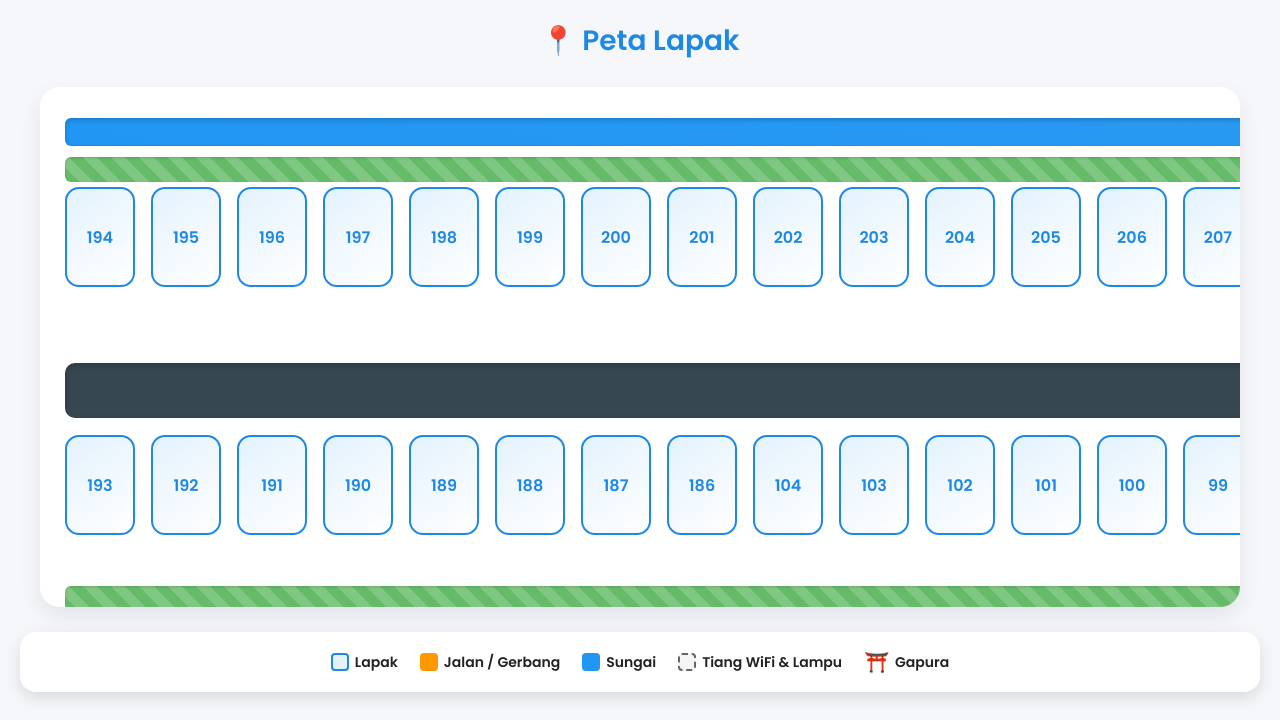
Repository: pasarrakyatbak/denah
Page: index.html
The author's editor kept a copy of each file at every save. The page is drawn from the files as they stood at one save, then again after the next save.
The browser window is 1280 px wide. The pictures show the whole page.
An inner scrolling area shows only its first screen.

Above is the page before, as saved 2025-09-19 19:06:49.

After the next save:
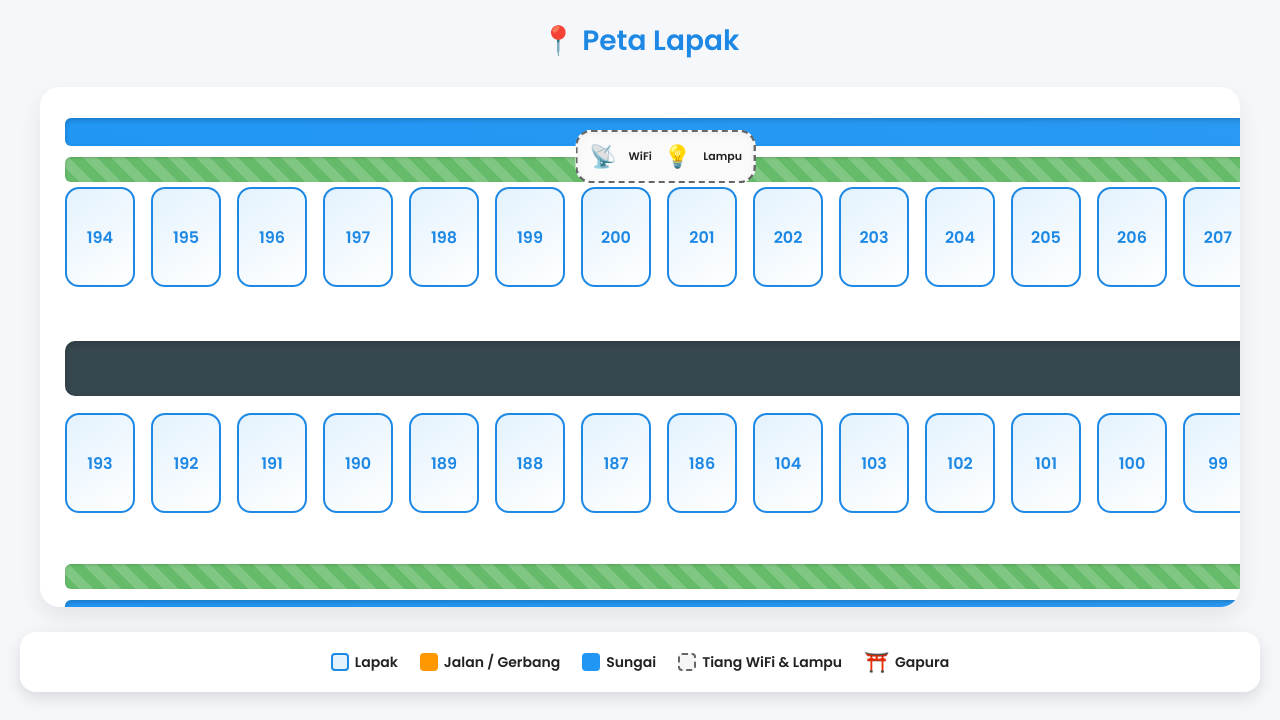
Saved 14 s later.
--- a/style.css
+++ b/style.css
@@ -154,7 +154,7 @@
 
 /* Tiang WiFi + Lampu */
 .tiang-container {
-    position: static;
+    position: absolute;
     top: 130px;
     left: 52%;
     transform: translateX(-50%);

After the 2 saves that followed:
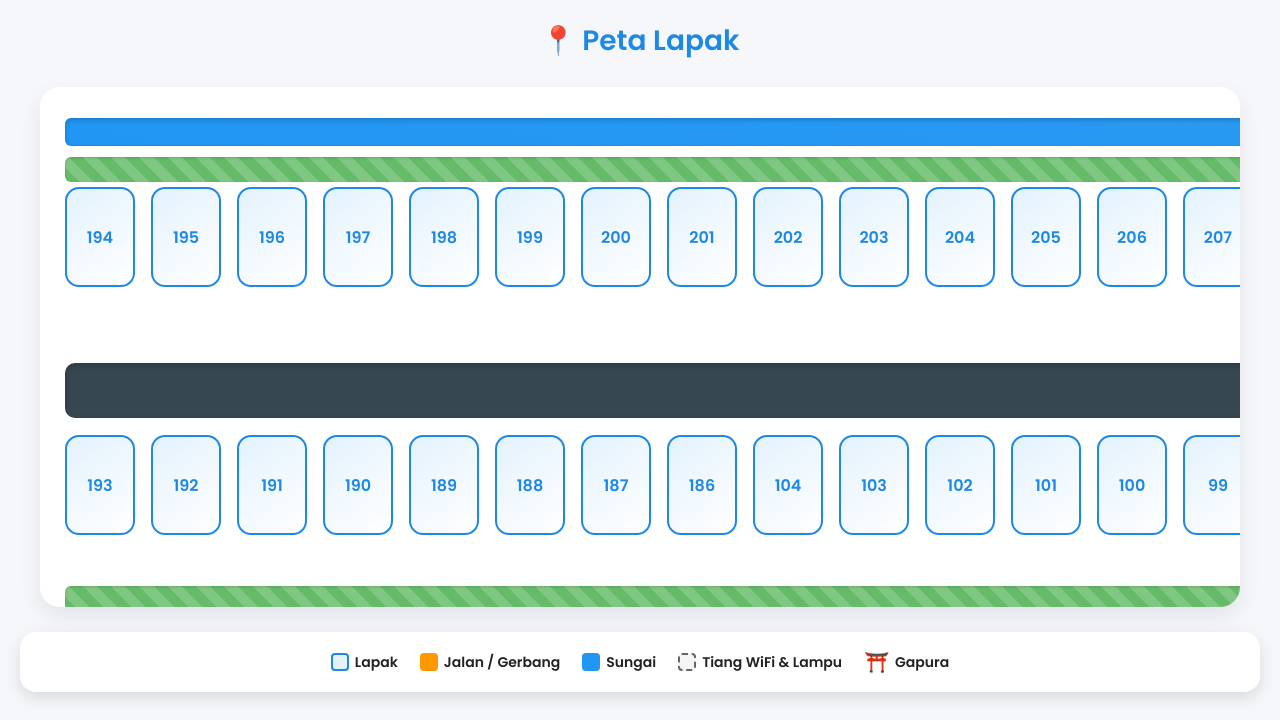
The 2 saves are shown as one change because 1 left the picture as it was.
The last was saved 75 s later.
--- a/style.css
+++ b/style.css
@@ -154,7 +154,7 @@
 
 /* Tiang WiFi + Lampu */
 .tiang-container {
-    position: absolute;
+    position: static;
     top: 130px;
     left: 52%;
     transform: translateX(-50%);
@@ -291,7 +291,10 @@
     box-shadow: inset 0 2px 6px rgba(0, 0, 0, 0.2);
 }
 
-/* Rumput di sisi jalan */
+.rumput-wrapper {
+    position: relative;
+}
+
 .rumput {
     height: 25px;
     width: 100%;
